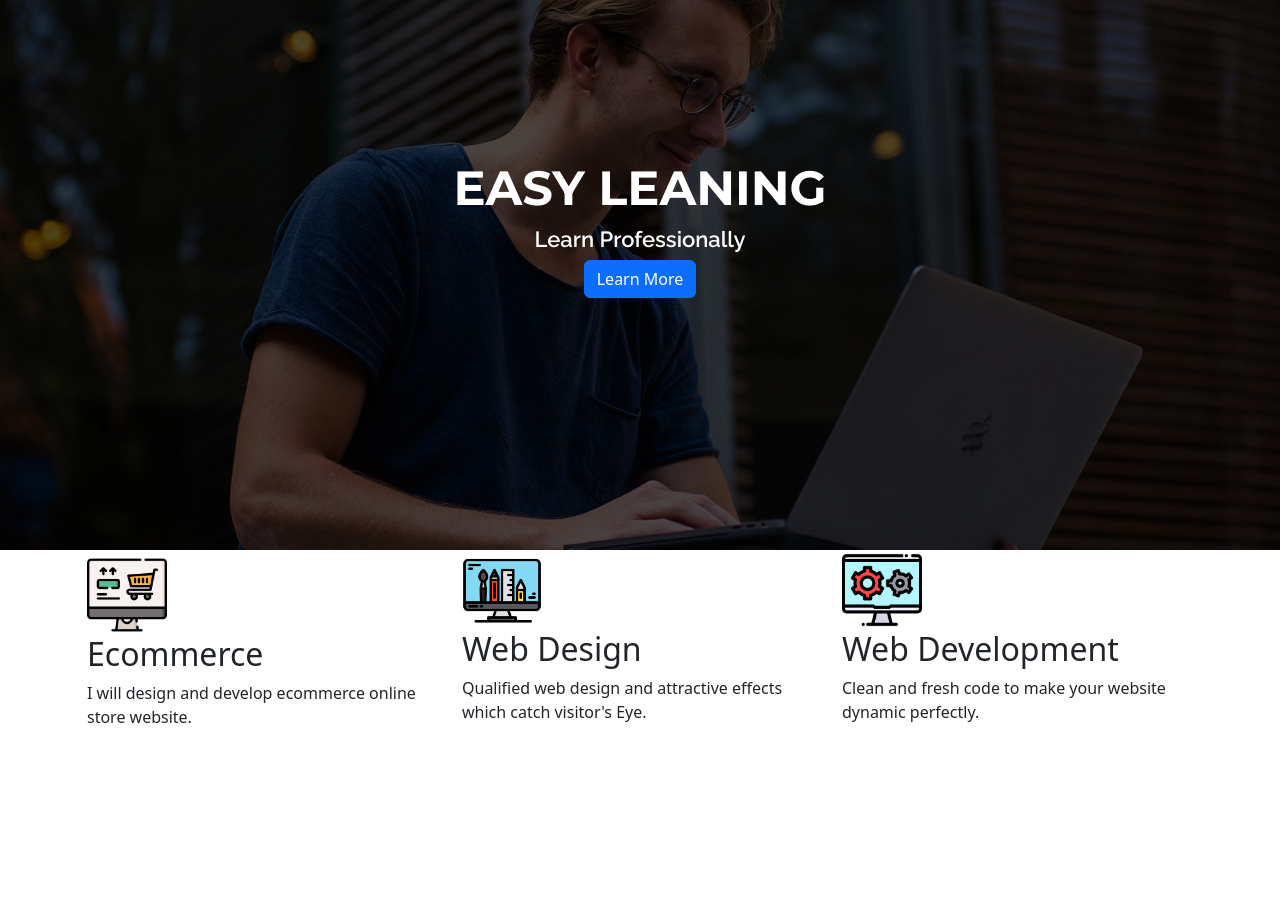
Repository: masamichan/free_video_app
Page: /
An editor plug-in stored every save of this project. The page is shown before and after the next save, followed by the edit.
The browser window is 1280 px wide. The pictures show the whole page.
Backgrounds fixed to the window are drawn as part of the page. The project was rebuilt for these pictures with package versions that can differ from the ones it lists, and the page was loaded fresh each time.

Above is the page before, as saved 2023-01-22 11:54:38.

### public/index.html
<!DOCTYPE html>
<html lang="en">
  <head>
    <meta charset="utf-8" />
    <link rel="icon" href="%PUBLIC_URL%/icon.png" />
    <meta name="viewport" content="width=device-width, initial-scale=1" />
    <meta name="theme-color" content="#000000" />
    <meta
      name="description"
      content="Web site created using create-react-app"
    />

    <link rel="manifest" href="%PUBLIC_URL%/manifest.json" />

    <link rel="preconnect" href="https://fonts.googleapis.com">
    <link rel="preconnect" href="https://fonts.gstatic.com" crossorigin>
    <link
      href="https://fonts.googleapis.com/css2?family=Montserrat:wght@400;700;800&family=Raleway:wght@300;400;600;700&display=swap"
      rel="stylesheet">

    <title>Easy Leaning</title>
  </head>
  <body>
    <noscript>You need to enable JavaScript to run this app.</noscript>
    <div style="width: 100%;" id="root"></div>

  </body>
</html>

### src/App.js
import React from "react";
import Services from "./components/Services/Services";
import { TopBanner } from "./components/TopBanner/TopBanner";

function App() {
  return (
    <div>
      <TopBanner />
      <Services />
    </div>
  );
}

export default App;

### src/components/Services/Services.jsx
import React, { Component, Fragment } from "react";
import { Col, Container, Row } from "react-bootstrap";
import designIcon from "../../asset/image/design.png";
import ecommerceIcon from "../../asset/image/ecommerce.png";
import webIcon from "../../asset/image/web.png";

export class Services extends Component {
  render() {
    return (
      <Fragment>
        <Container>
          <Row>
            <Col lg={4} md={6} sm={12}>
              <div className="serviceCard">
                <img className="ecommerceIcon" src={ecommerceIcon} />
                <h2>Ecommerce</h2>
                <p>I will design and develop ecommerce online store website.</p>
              </div>
            </Col>
            <Col lg={4} md={6} sm={12}>
              <div>
                <img className="designIcon" src={designIcon} />
                <h2>Web Design</h2>
                <p>
                  Qualified web design and attractive effects which catch
                  visitor's Eye.
                </p>
              </div>
            </Col>
            <Col lg={4} md={6} sm={12}>
              <div>
                <img className="webIcon" src={webIcon} />
                <h2>Web Development</h2>
                <p>
                  Clean and fresh code to make your website dynamic perfectly.
                </p>
              </div>
            </Col>
          </Row>
        </Container>
      </Fragment>
    );
  }
}

export default Services;

### src/components/TopBanner/TopBanner.jsx
import React, { Component, Fragment } from "react";
import { Button, Col, Container, Row } from "react-bootstrap";
import "../../asset/css/custom.css";
import "../../asset/css/bootstrap.css";

export class TopBanner extends Component {
  render() {
    return (
      <Fragment>
        <Container fluid={true} className="topFixedBanner p-0">
          <div className="topBannerOverlay">
            <Container className="topContent">
              <Row>
                <Col className="text-center">
                  <h1 className="topTitle">EASY LEANING</h1>
                  <h4 className="topSubTitle">Learn Professionally</h4>
                  <Button variant="primary">Learn More</Button>
                </Col>
              </Row>
            </Container>
          </div>
        </Container>
      </Fragment>
    );
  }
}

export default TopBanner;

### src/asset/css/custom.css
.topFixedBanner {
  background-image: url("../image/banner.jpg");
  min-height: 550px;
  background-attachment: fixed;
  background-position: center;
  background-repeat: no-repeat;
  background-size: cover;
}
.topBannerOverlay {
  position: absolute;
  min-height: 550px;
  width: 100%;
  background: rgb(0, 0, 0, 0.7);
}

.topContent {
  margin-top: 10em;
}

.topTitle {
  font-family: "Montserrat", sans-serif;
  font-weight: 700;
  color: #ffffff;
  font-size: 48px;
}

.topSubTitle {
  font-family: "Raleway", san-serif;
  font-weight: 600;
  color: #ffffff;
  font-size: 22px;
}

.ecommerceIcon {
  height: 80px;
  width: 80px;
}

.designIcon {
  height: 80px;
  width: 80px;
}

.webIcon {
  height: 80px;
  width: 80px;
}

.serviceCard {
  margin: 5px 5px 5px 5px;
  height: 22rem;
}

Loaded but not shown: src/index.js (common file); src/asset/css/bootstrap.css (library)

After the next save:
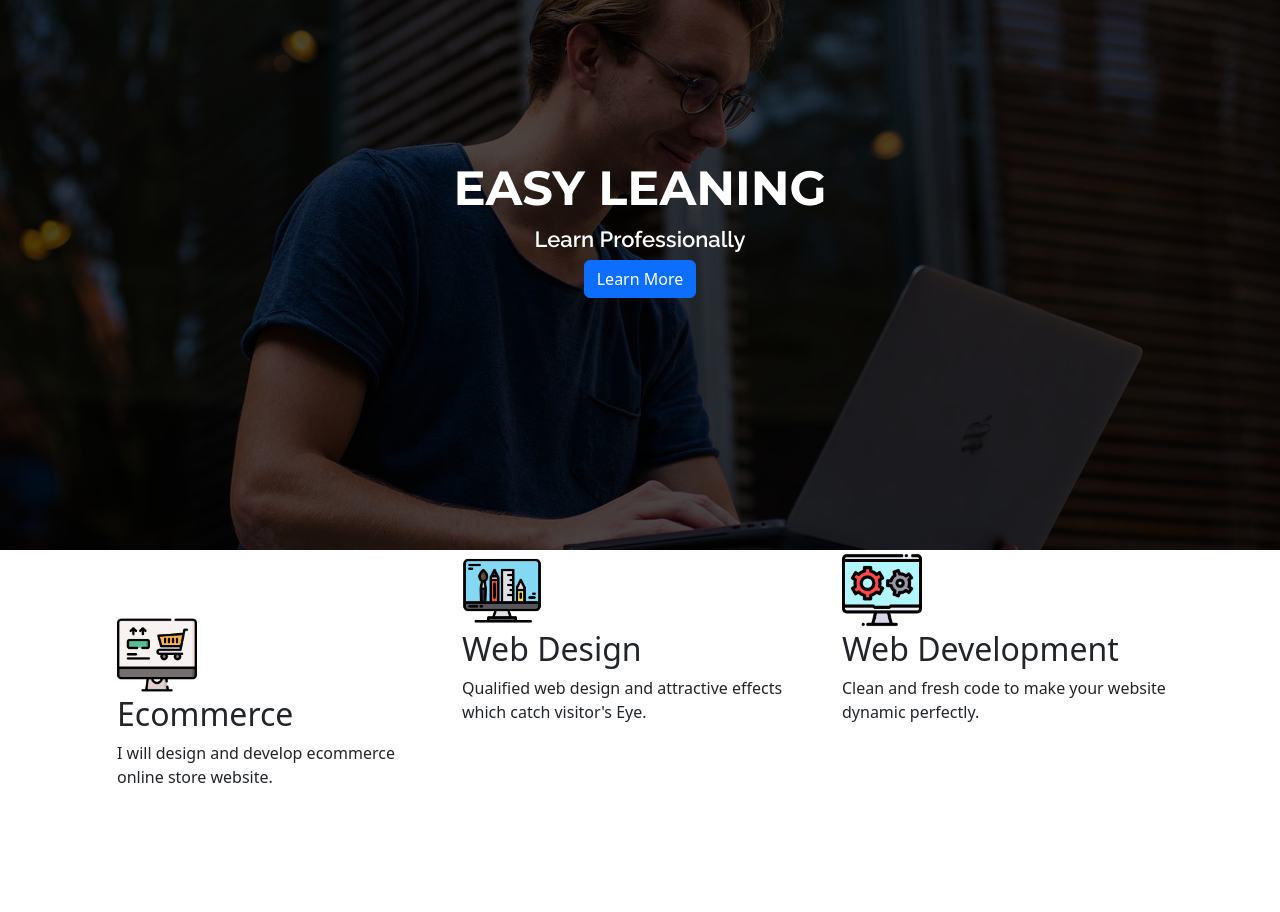
Saved 74 s later.
--- a/src/asset/css/custom.css
+++ b/src/asset/css/custom.css
@@ -49,4 +49,5 @@
 .serviceCard {
   margin: 5px 5px 5px 5px;
   height: 22rem;
+  padding: 60px 30px 60px 30px;
 }
